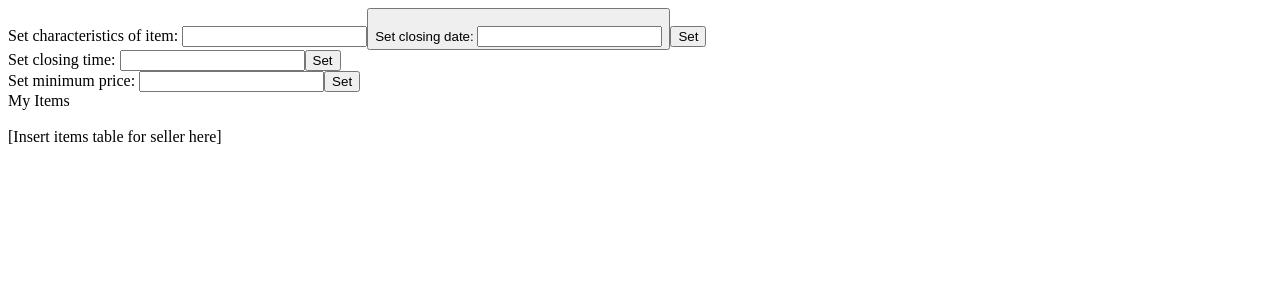
Repository: divergentArrow/Databases
Page: http://localhost/cs336project/seller.jsp
The author's editor kept a copy of each file at every save. The page is drawn from the files as they stood at one save, then again after the next save.
The browser window is 1280 px wide. The pictures show the whole page.
The page is served by Tomcat 9. Other server files are loaded and not shown.

Above is the page before, as saved 2019-04-14 20:48:49.

### cs336project/WebContent/seller.jsp
<%@ page language="java" contentType="text/html; charset=ISO-8859-1"
    pageEncoding="ISO-8859-1"%>
<!DOCTYPE html>
<html>

<head>
<meta charset="ISO-8859-1">
<title>Sell</title>
</head>

<body>
	<div>
		Set characteristics of item: <input type="text" name="item"><button type="button" id="setCharacteristicsButton"><br>
		Set closing date: <input type="text" id="cdate"><button type="button" id="setDateButton">Set</button><br>
		Set closing time: <input type="text" id="ctime"><button type="button" id="setTimeButton">Set</button><br>
		Set minimum price: <input type="text" id="minPrice"><button type="button" id="setMinPriceButton">Set</button><br>
	</div>
	<div>
		My Items
		<br></br>
		[Insert items table for seller here]
		<%--<%= cs336project.Seller.test() %>--%>
	</div>
</body>

</html>

After the next save:
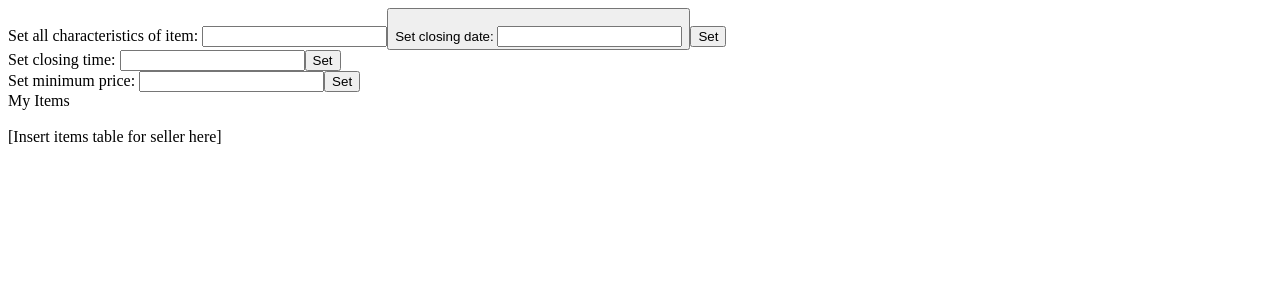
Saved 25 s later.
--- a/cs336project/WebContent/seller.jsp
+++ b/cs336project/WebContent/seller.jsp
@@ -10,7 +10,7 @@
 
 <body>
 	<div>
-		Set characteristics of item: <input type="text" name="item"><button type="button" id="setCharacteristicsButton"><br>
+		Set all characteristics of item: <input type="text" name="item"><button type="button" id="setCharacteristicsButton"><br>
 		Set closing date: <input type="text" id="cdate"><button type="button" id="setDateButton">Set</button><br>
 		Set closing time: <input type="text" id="ctime"><button type="button" id="setTimeButton">Set</button><br>
 		Set minimum price: <input type="text" id="minPrice"><button type="button" id="setMinPriceButton">Set</button><br>
